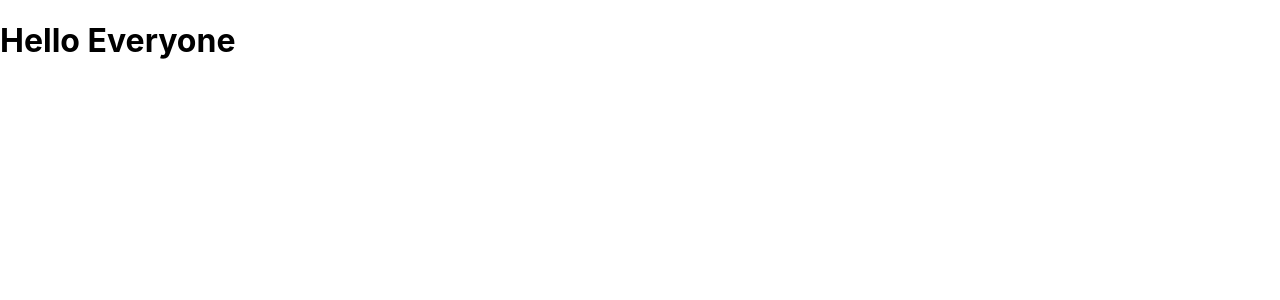
Repository: ahthionkevin/pays
Page: /
The author's editor kept a copy of each file at every save. The page is drawn from the files as they stood at one save, then again after the next save.
The browser window is 1280 px wide. The pictures show the whole page.
The project was rebuilt for these pictures with package versions that can differ from the ones it lists, and the page was loaded fresh each time.

Above is the page before, as saved 2021-06-16 16:50:52.

After the next save:
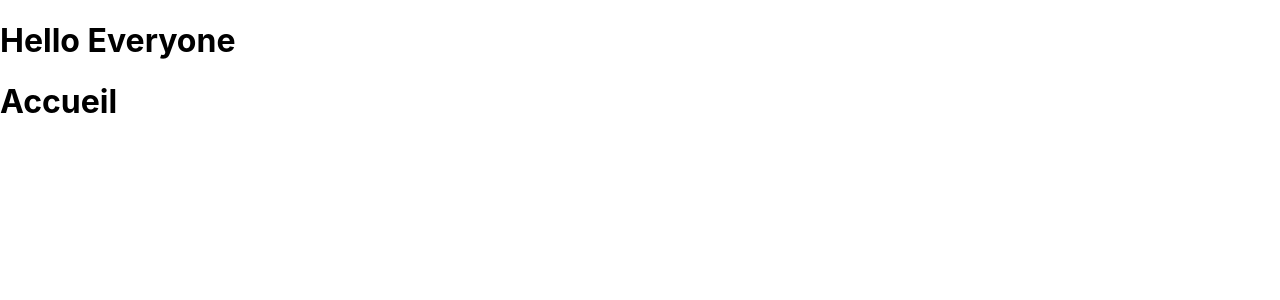
Saved 2 min 43 s later.
--- a/src/App.js
+++ b/src/App.js
@@ -1,9 +1,11 @@
 import logo from './logo.svg';
+import Home from './page/Home';
 
 function App() {
   return (
     <div className="App">
        <h1>Hello Everyone</h1>
+       <Home/>
     </div>
   );
 }
